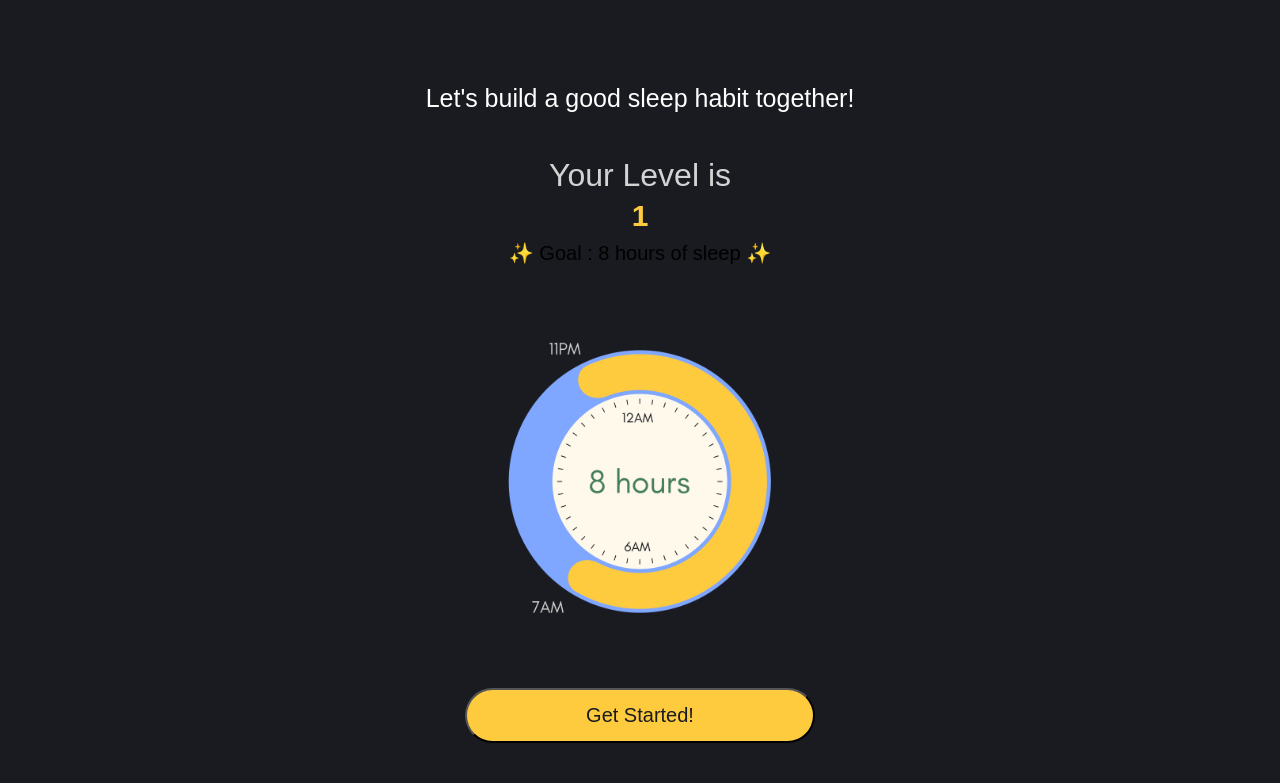
Repository: Crite-Spranberries/sleepixie_app
Page: /result
An editor plug-in stored every save of this project. The page is shown before and after a run of saves, followed by the edit.
The browser window is 1280 px wide. The pictures show the whole page.
Some web fonts or font styles are not loaded; a fallback is used. The project was rebuilt for these pictures with package versions that can differ from the ones it lists, and the page was loaded fresh each time. The framework's server and built-in components were replaced by stand-ins that run in the browser. Also part of the build but not shown: next.config.mjs.

Above is the page before, as saved 2025-05-12 14:50:06.

After the next 2 saves:
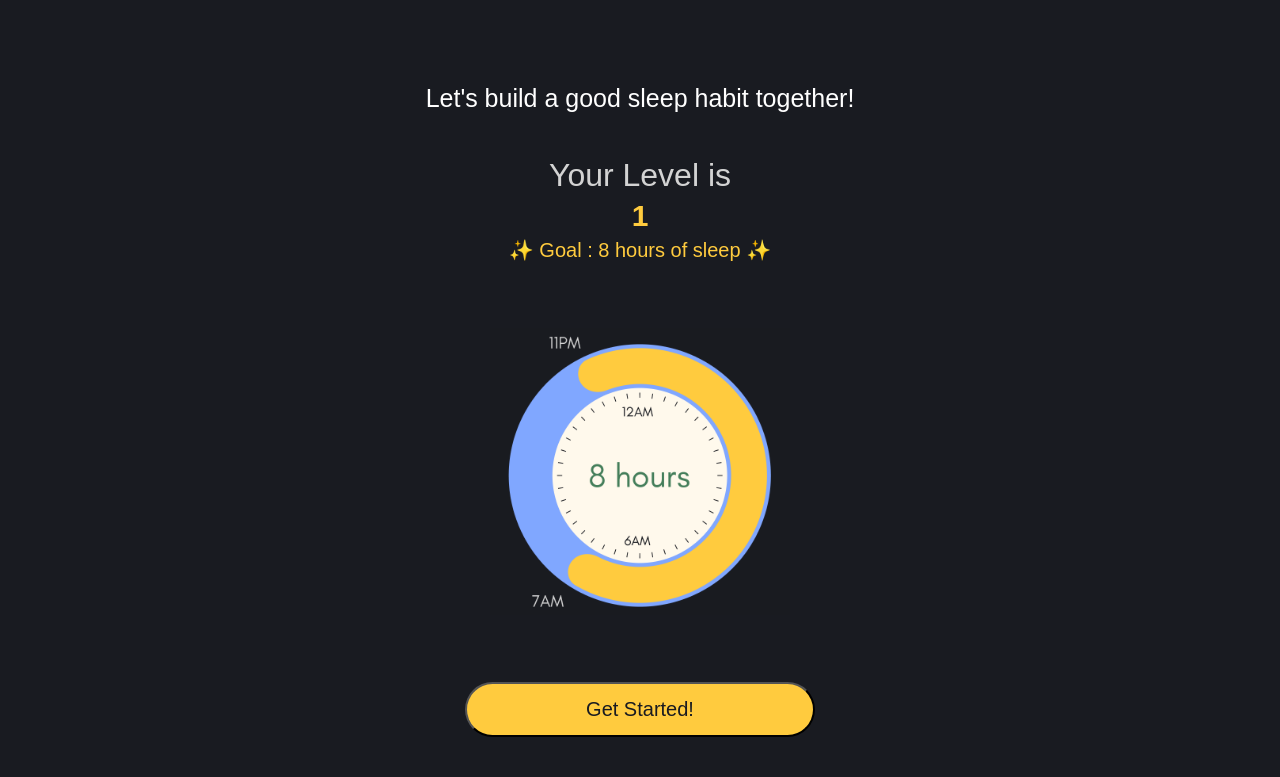
The 2 saves are shown as one change because they came seconds apart.
The last was saved 19 s later.
--- a/app/result/page.module.css
+++ b/app/result/page.module.css
@@ -49,9 +49,9 @@
     line-height: 1.1;
 }
 
-.subtitle2 {
-    font-size: 28px;
-    color: #d3d3d3;
+.goal {
+    font-size: 20px;
+    color: #ffcb3e;
     line-height: 1.2;
 }
 
